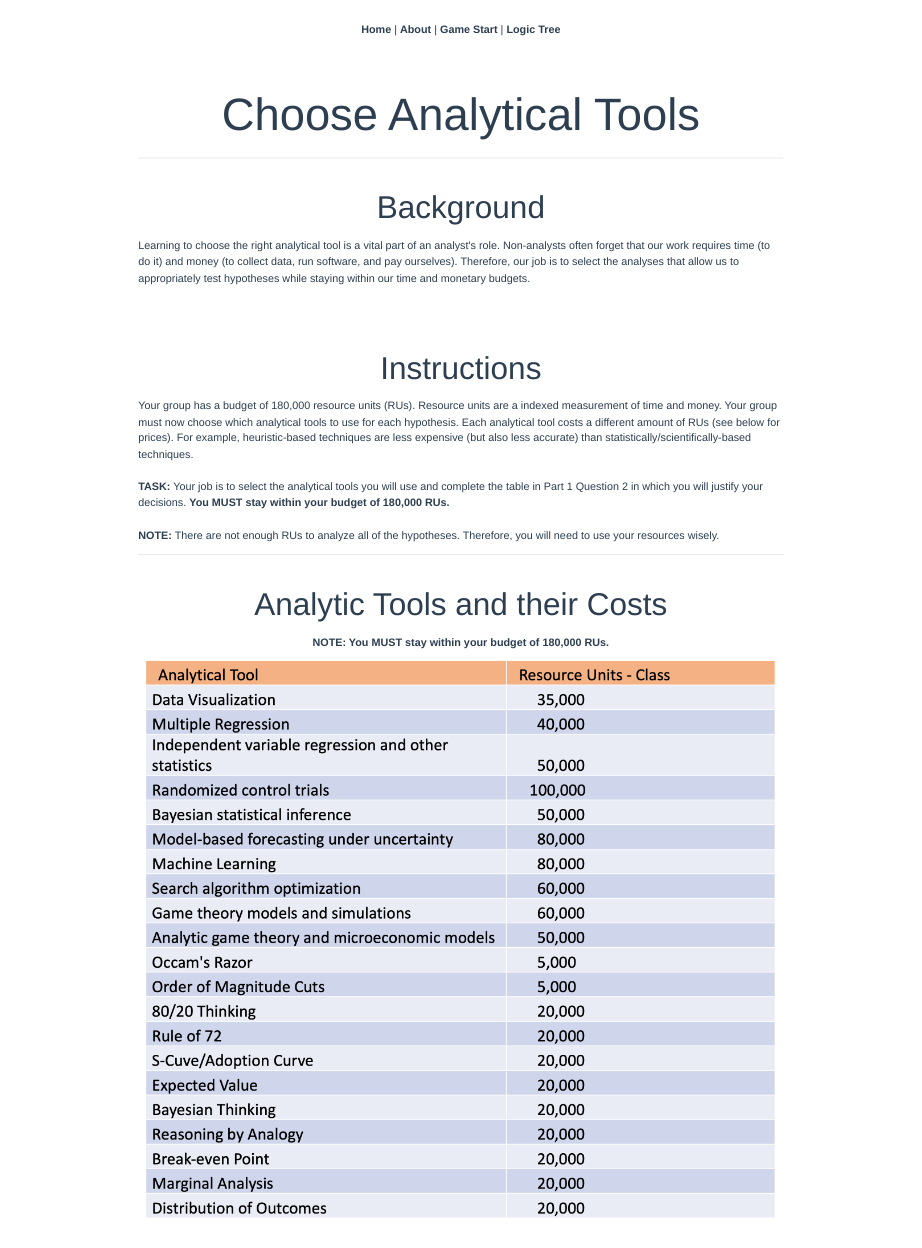
Repository: gallard28/posc4210app
Page: /#/choose_tools
The author's editor kept a copy of each file at every save. The page is drawn from the files as they stood at one save, then again after the next save.
The browser window is 1280 px wide. The pictures show the whole page, at 72% of full size.
The project was rebuilt for these pictures with package versions that can differ from the ones it lists, and the page was loaded fresh each time. Also part of the build but not shown: src/views/Home.vue, src/views/Start.vue, src/views/Scenario.vue, src/views/Prioritize.vue.

Above is the page before, as saved 2020-09-20 22:09:13.

### public/index.html
<!DOCTYPE html>
<html lang="en">
  <head>
    <meta charset="utf-8">
    <meta http-equiv="X-UA-Compatible" content="IE=edge">
    <meta name="viewport" content="width=device-width,initial-scale=1.0">
    <link rel="icon" href="<%= BASE_URL %>favicon.ico">
    <title><%= htmlWebpackPlugin.options.title %></title>

    <!-- Materialize CSS -->
    <!-- Compiled and minified CSS -->
    <link rel="stylesheet" href="https://cdnjs.cloudflare.com/ajax/libs/materialize/1.0.0/css/materialize.min.css">

    <!-- Compiled and minified JavaScript -->
    <script src="https://cdnjs.cloudflare.com/ajax/libs/materialize/1.0.0/js/materialize.min.js"></script>

    <!-- Google Fonts -->
    <link href="https://fonts.googleapis.com/icon?family=Material+Icons" rel="stylesheet">

  </head>
  <body>
    <noscript>
      <strong>We're sorry but <%= htmlWebpackPlugin.options.title %> doesn't work properly without JavaScript enabled. Please enable it to continue.</strong>
    </noscript>
    <div id="app"></div>
    <!-- built files will be auto injected -->
  </body>
</html>

### src/App.vue
<template>
  <div id="app">
    <div id="nav">
      <router-link to="/">Home</router-link> |
      <router-link to="/about">About</router-link> |
      <router-link to="/start">Game Start</router-link> |
      <router-link to="/scenario">Logic Tree</router-link>
    </div>
    <router-view/>
  </div>
</template>

<style>
#app {
  font-family: Avenir, Helvetica, Arial, sans-serif;
  -webkit-font-smoothing: antialiased;
  -moz-osx-font-smoothing: grayscale;
  text-align: center;
  color: #2c3e50;
}

#nav {
  padding: 30px;
}

#nav a {
  font-weight: bold;
  color: #2c3e50;
}

#nav a.router-link-exact-active {
  color: #42b983;
}
</style>

### src/router/index.js
import Vue from 'vue'
import VueRouter from 'vue-router'
import Home from '../views/Home.vue'
import Start from '../views/Start.vue'
import Scenario from '../views/Scenario.vue'
import Prioritize from '../views/Prioritize.vue'
import Choose_tools from '../views/Choose_tools.vue'

Vue.use(VueRouter)

const routes = [
  {
    path: '/',
    name: 'Home',
    component: Home
  },
  {
    path: '/start',
    name: 'Start',
    component: Start
  },
  {
    path: '/scenario',
    name: 'Scenario',
    component: Scenario
  },
  {
    path: '/prioritize',
    name: 'Prioritize',
    component: Prioritize
  },
  {
    path: '/choose_tools',
    name: 'Choose_tools',
    component: Choose_tools
  },
  {
    path: '/about',
    name: 'About',
    // route level code-splitting
    // this generates a separate chunk (about.[hash].js) for this route
    // which is lazy-loaded when the route is visited.
    component: () => import(/* webpackChunkName: "about" */ '../views/About.vue')
  }
]

const router = new VueRouter({
  routes
})

export default router

### src/views/Choose_tools.vue
<template>
  <div class="Choose container">
    <h1>Choose Analytical Tools</h1>
      <div class="divider"></div>
      <div class="section">
        <div class="row">
          <h3>Background</h3>
          <p class="left-align">Learning to choose the right analytical tool is a vital part of an analyst's role. Non-analysts often forget that our work requires time (to do it) and money (to collect data, run software, and pay ourselves). Therefore, our job is to select the analyses that allow us to appropriately test hypotheses while staying within our time and monetary budgets.</p>
          <br>
          <br>
          <h3>Instructions </h3>
          <p class="left-align">Your group has a budget of 180,000 resource units (RUs). Resource units are a indexed measurement of time and money. Your group must now choose which analytical tools to use for each hypothesis. Each analytical tool costs a different amount of RUs (see below for prices). For example, heuristic-based techniques are less expensive (but also less accurate) than statistically/scientifically-based techniques. <br> <br>
          <b>TASK:</b> Your job is to select the analytical tools you will use and complete the table in Part 1 Question 2 in which you will justify your decisions. <b>You MUST stay within your budget of 180,000 RUs.</b> <br><br>
          <b>NOTE:</b> There are not enough RUs to analyze all of the hypotheses. Therefore, you will need to use your resources wisely.</p>
          <div class="divider"></div>
          <div class="section">
            <h3>Analytic Tools and their Costs</h3>
            <p> <b>NOTE: You MUST stay within your budget of 180,000 RUs.</b> </p>
            <div class="col s12">
              <img src="@/assets/Analytic_tool_menu.png" class="responsive-img">
            </div>
          </div>
        </div>
      </div>
  </div>
</template>

<script>
export default {
  name: 'Choose_tools'
}
</script>

<style scoped>

</style>

Loaded but not shown: src/main.js (common file)

After the next save:
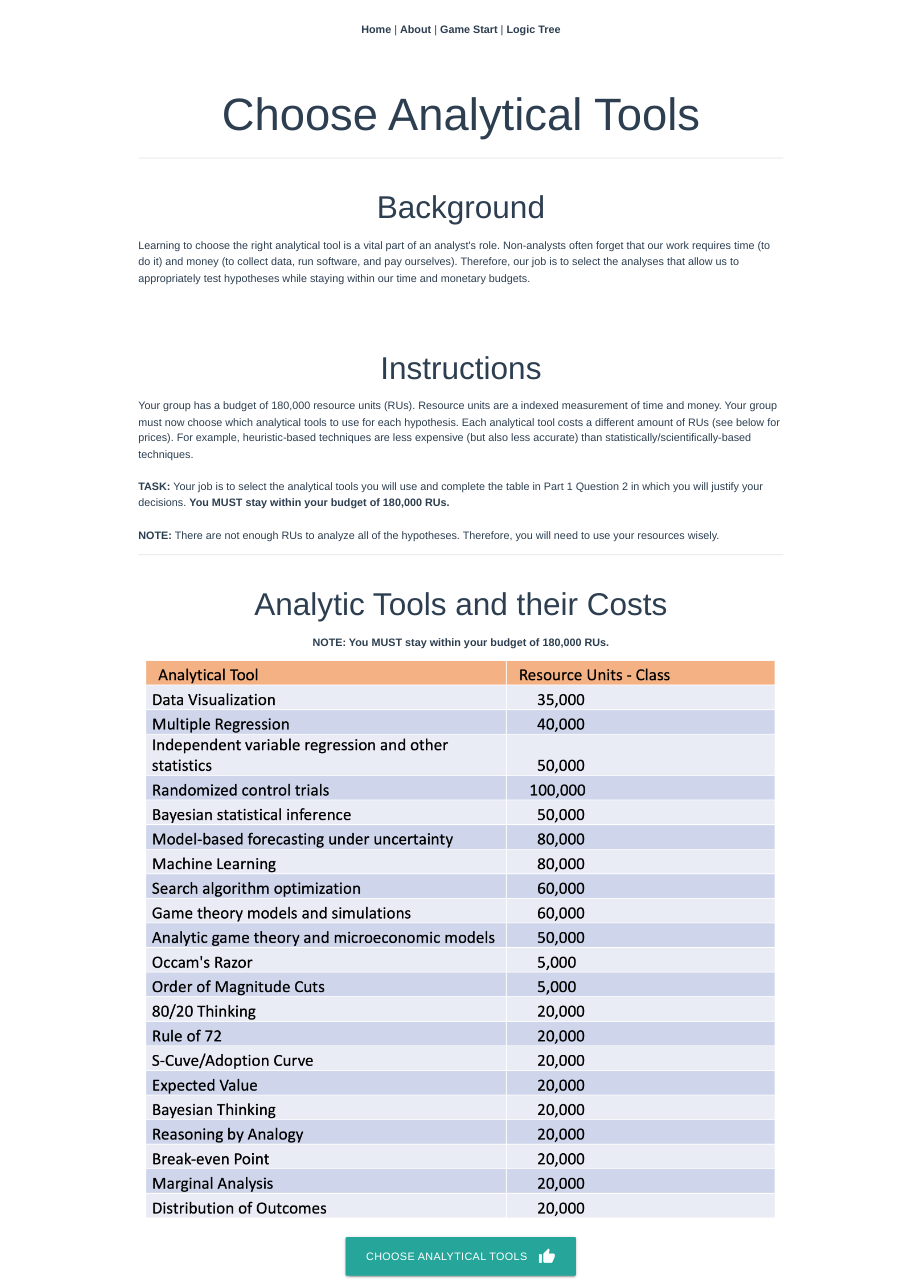
Saved 32 min 36 s later.
--- a/src/views/Choose_tools.vue
+++ b/src/views/Choose_tools.vue
@@ -21,6 +21,14 @@
             </div>
           </div>
         </div>
+          <div class="start-button">
+          <router-link to="/choose_tools">
+            <a class="waves-effect waves-light btn-large">
+                Choose Analytical Tools
+                <i class="material-icons right">thumb_up</i>
+            </a>
+          </router-link>
+        </div>
       </div>
   </div>
 </template>
